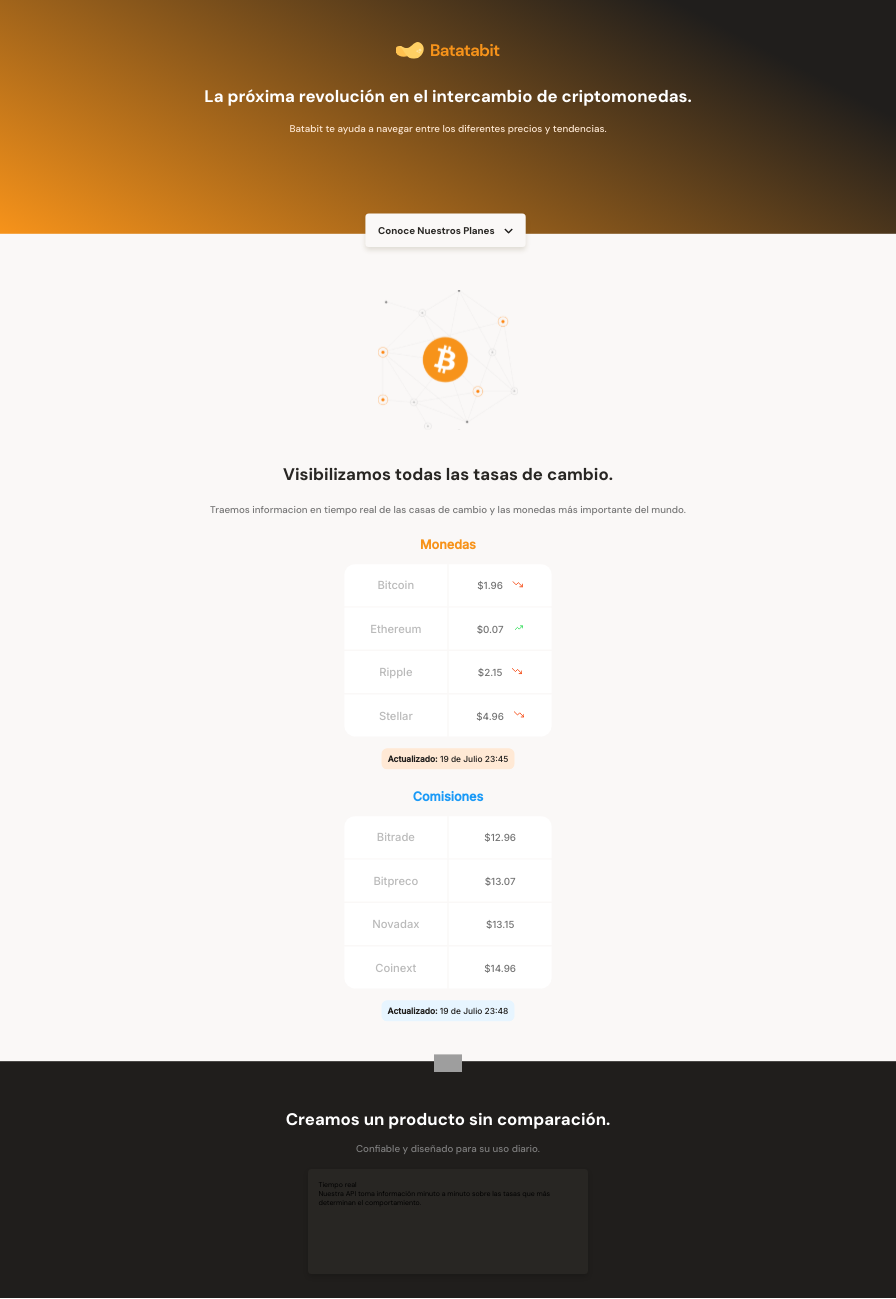
Repository: EnzoSz/Mobile-First
Page: index.html
These files come from the project's save history. The page is drawn as it stood at one moment and after the next save; the edit follows.
The browser window is 1280 px wide. The pictures show the whole page, at 70% of full size.
Pictures or frames that could not be fetched are drawn as grey boxes.

Above is the page before, as saved 2021-01-29 18:11:30.

After the next save:
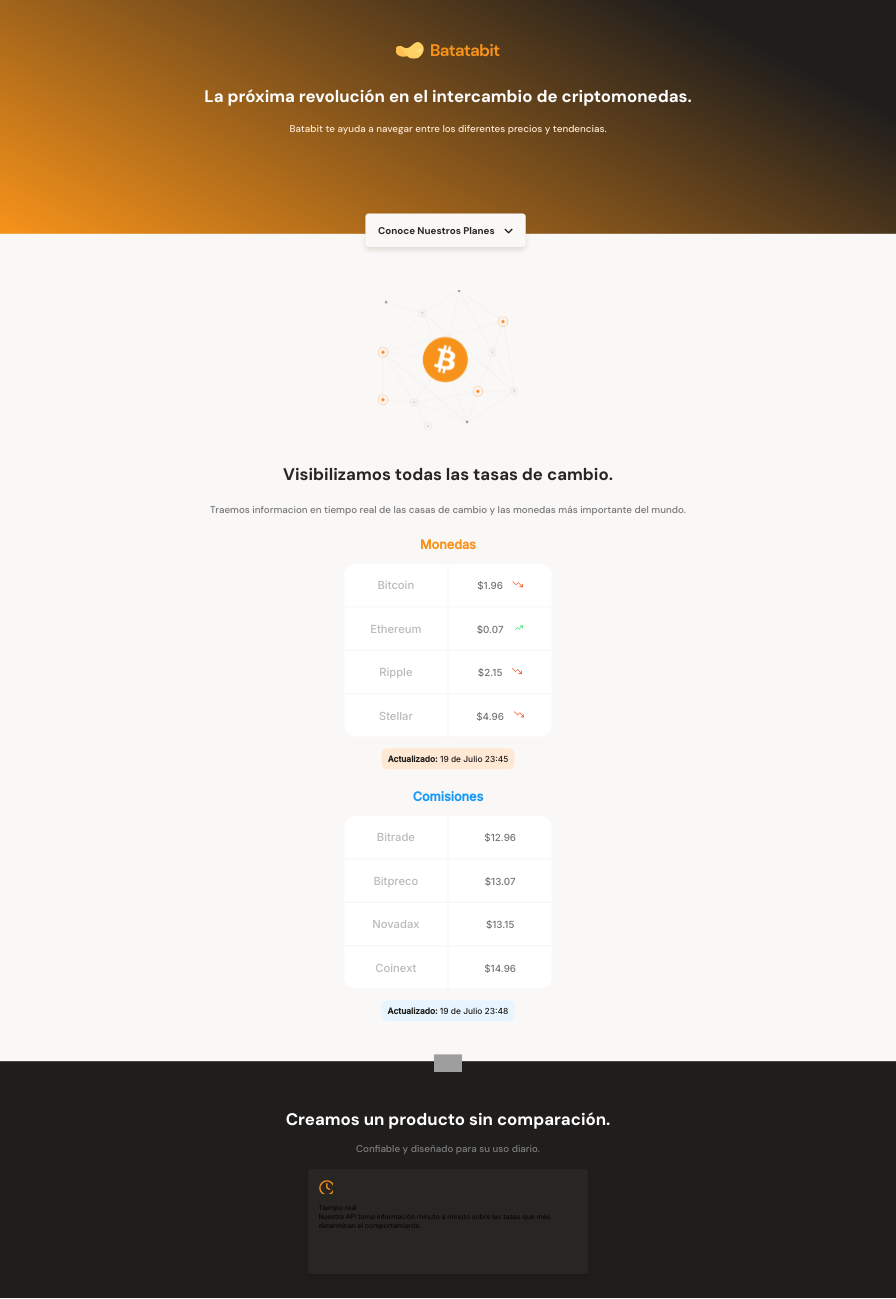
Saved 2 min 57 s later.
--- a/estilos.css
+++ b/estilos.css
@@ -289,3 +289,10 @@
     border-radius: 5px;
     box-shadow: 0 4px 8px rgba(0, 0, 0, 0.16);
 }
+.product-detail--card .clock {
+    display: inline-block;
+    width: 20px;
+    height: 20px;
+    margin-bottom: 10px;
+    background-image: url('./assets/icons/clock.svg');
+}
